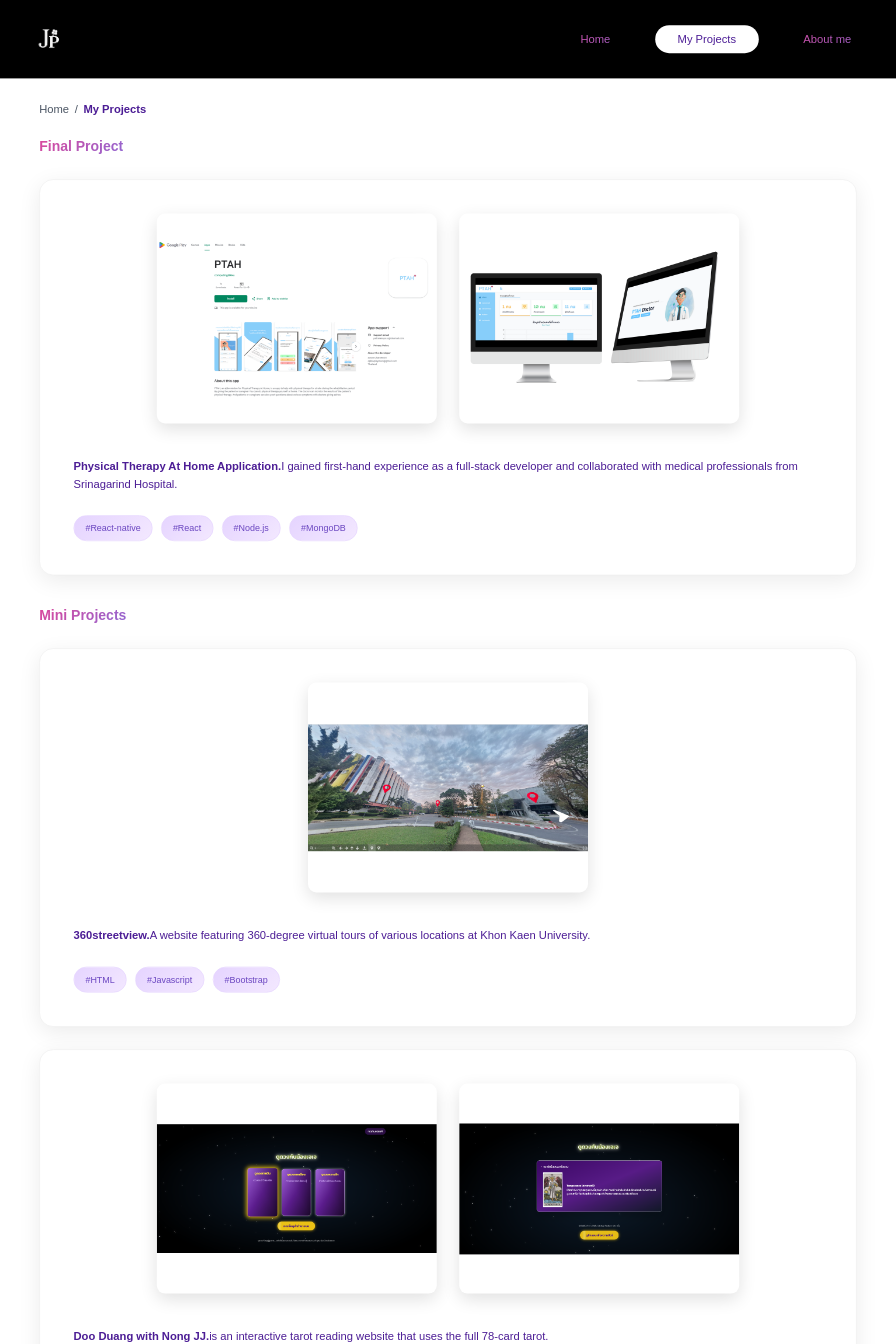
Repository: PattarasayaJJ/Portfolio-jjpatts
Page: /works
The author's editor kept a copy of each file at every save. The page is drawn from the files as they stood at one save, then again after a run of saves.
The browser window is 1280 px wide. The pictures show the part of the page from y = 0 to 1920 px (the page is 4665 px tall), at 70% of full size.
The project was rebuilt for these pictures with package versions that can differ from the ones it lists, and the page was loaded fresh each time. Also part of the build but not shown: vite.config.js, vite.config.ts, src/header.css, src/hero.css, src/components/Hero.jsx, src/components/Aboutme.jsx.

Above is the page before, as saved 2025-08-03 23:00:37.

### index.html
<!doctype html>
<html lang="en">
  <head>
    <meta charset="UTF-8" />
    <link rel="icon" type="image/svg+xml" href="/JPtab.png" />
    <meta name="viewport" content="width=device-width, initial-scale=1.0" />
    <title>JJPatts Portfolio</title>
  </head>
  <body>
    <div id="root"></div>
    <script type="module" src="/src/index.jsx"></script>
  </body>
</html>

### src/index.css
@import 'tailwindcss/base';
@import 'tailwindcss/components';
@import 'tailwindcss/utilities';
@import url('https://fonts.googleapis.com/css2?family=Kanit:wght@400;700&display=swap');

*{
   font-family: 'Kanit', sans-serif;

}

### src/App.jsx
import React from 'react';
import { BrowserRouter as Router, Routes, Route } from 'react-router-dom';
import { Header } from './components/Header';
import { Hero } from './components/Hero';
import { Works } from './components/Works';
import { Aboutme } from './components/Aboutme' ;
import { Footer } from './components/Footer';
export function App() {
  return (
    <Router>
      <div className="w-full min-h-screen bg-white">
        <Header />
        <main className="w-full">
          <Routes>
            <Route path="/" element={<><Hero /> </>} />
            <Route path="/works" element={<><Works /></>}/>
            <Route path="/aboutme" element={<Aboutme />} />


          </Routes>
        </main>
        <Footer />

      </div>
    </Router>
  );
}

### src/components/Header.jsx
import React, { useState } from 'react';
import { Link, useLocation } from 'react-router-dom';
import { MenuIcon, XIcon } from 'lucide-react';
import '../header.css';

export function Header() {
  const [isMenuOpen, setIsMenuOpen] = useState(false);
  const location = useLocation();

  const isActive = (path) => location.pathname === path;

  return (
    <header className="w-full bg-black py-4 px-8 relative">
      <div className="max-w-7xl mx-auto flex justify-between items-center">
        <Link to="/">
          <div className="flex items-center">
            <img src="/JP.png" alt="logo" className="w-20" />
          </div>
        </Link>

        <nav className="hidden md:flex space-x-8">
          <Link
            to="/"
            className={`font-medium px-8 py-2 rounded-full ${
              isActive('/') ? 'bg-white text-purple-600' : 'gradient-text'
            }`}
            style={isActive('/') ? { color: '#4c1d95' } : {}}
          >
            Home
          </Link>
          <Link
            to="/works"
            className={`font-medium px-8 py-2 rounded-full ${
              isActive('/works') ? 'bg-white text-purple-600' : 'gradient-text'
            }`}
            style={isActive('/works') ? { color: '#4c1d95' } : {}}
          >
            My Projects
          </Link>
          <Link
            to="/aboutme"
            className={`font-medium px-8 py-2 rounded-full ${
              isActive('/aboutme') ? 'bg-white text-purple-600' : 'gradient-text'
            }`}
            style={isActive('/aboutme') ? { color: '#4c1d95' } : {}}
          >
            About me
          </Link>
        </nav>

        <button className="md:hidden text-white" onClick={() => setIsMenuOpen(!isMenuOpen)}>
          {isMenuOpen ? <XIcon size={24} /> : <MenuIcon size={24} />}
        </button>
      </div>

      <div
        className={`
          fixed top-0 right-0 w-64 h-full bg-black z-50 transform transition-transform duration-300 ease-in-out
          ${isMenuOpen ? 'translate-x-0' : 'translate-x-full'}
          md:hidden
        `}
      >
        <div className="p-6">
          <button className="text-white mb-8" onClick={() => setIsMenuOpen(false)}>
            <XIcon size={24} />
          </button>
          <nav className="flex flex-col space-y-6">
            <Link
              to="/"
              className={`font-medium px-6 py-2 rounded-full block text-center ${
                isActive('/') ? 'bg-white text-purple-600' : 'gradient-text'
              }`}
              style={isActive('/') ? { color: '#4c1d95' } : {}}
              onClick={() => setIsMenuOpen(false)}
            >
              Home
            </Link>
            <Link
              to="/works"
              className={`font-medium px-6 py-2 rounded-full block text-center ${
                isActive('/works') ? 'bg-white text-purple-600' : 'gradient-text'
              }`}
              style={isActive('/works') ? { color: '#4c1d95' } : {}}
              onClick={() => setIsMenuOpen(false)}
            >
              My Projects
            </Link>
            <Link
              to="/aboutme"
              className={`font-medium px-6 py-2 rounded-full block text-center ${
                isActive('/aboutme') ? 'bg-white text-purple-600' : 'gradient-text'
              }`}
              style={isActive('/aboutme') ? { color: '#4c1d95' } : {}}
              onClick={() => setIsMenuOpen(false)}
            >
              About me
            </Link>
          </nav>
        </div>
      </div>

      {isMenuOpen && (
        <div
          className="fixed inset-0 bg-black bg-opacity-50 z-40 md:hidden"
          onClick={() => setIsMenuOpen(false)}
        />
      )}
    </header>
  );
}

### src/components/Works.jsx
import '../work.css';

export function Works() {
  const Ptahskills = [
    { name: '#React-native', type: 'tool' },
    { name: '#React', type: 'tool' },
    { name: '#Node.js', type: 'tool' },
    { name: '#MongoDB', type: 'tool' },
  ];

  const stv = [
    { name: '#HTML', type: 'tool' },
    { name: '#Javascript', type: 'tool' },
    { name: '#Bootstrap', type: 'tool' },
  ];

  const tarot = [
    { name: '#React', type: 'tool' },
    { name: '#Tailwind', type: 'tool' },
  ];

  const kkuBusSkills = [
    { name: '#Figma', type: 'tool' },
  ];

  const ClassSkills = [
    { name: '#AdobeXD', type: 'tool' },
  ];

  const BakeySkills = [
    { name: '#Figma', type: 'tool' },
  ];

  const NineSkills = [
    { name: '#Power BI', type: 'tool' },
  ];

  return (
    <section className="projects-section">
      <nav className="breadcrumb">
        <a href="/" className="breadcrumb-link">
          Home
        </a>
        <span className="breadcrumb-separator">/</span>
        <span className="breadcrumb-current">My Projects</span>
      </nav>

      <div className="projects-container">
       <div className="final-project-text">
  <div className="project-title-container">
    <div className="project-title-text">Final Project</div>
  </div>
</div>

        <div className="project-card">
          <div className="project-images">
            <img
              src="/Ptah.png"
              alt="PTAH Mobile App"
              className="project-image"
            />
            <img
              src="/ptahdoctor.png"
              alt="PTAH Desktop App"
              className="project-image"
            />
          </div>

          <div className="project-content">
            <p className="project-name">
              <span className="highlight">Physical Therapy At Home Application.</span>
              I gained first-hand experience as a full-stack developer and collaborated with medical professionals from Srinagarind Hospital.
            </p>

            <div className="skills-list">
              {Ptahskills.map((skill, index) => (
                <span className="skill-tag" key={index}>
                  {skill.name}
                </span>
              ))}
            </div>
          </div>
        </div>

        <div className="final-project-text">
           <div className="project-title-container">
    <div className="project-title-text">Mini Projects</div>
  </div>
</div>

        {/* 360streetview Project */}
        <div className="project-card">
          <div className="project-images single">
            <img
              src="/360.png"
              alt="360streetview"
              className="project-image"
            />
          </div>

          <div className="project-content">
            <p className="project-name">
              <span className="highlight">360streetview.</span>
              A website featuring 360-degree virtual tours of various locations at Khon Kaen University.
            </p>

            <div className="skills-list">
              {stv.map((skill, index) => (
                <span className="skill-tag" key={index}>
                  {skill.name}
                </span>
              ))}
            </div>
          </div>
        </div>

        {/* Tarot Project */}
        <div className="project-card">
          <div className="project-images single">
            <img
              src="/tarot.png"
              alt="Tarot Reading"
              className="project-image"
            />
             <img
              src="/tarot2.png"
              alt="Tarot Reading"
              className="project-image"
            />
          </div>

          <div className="project-content">
            <p className="project-name">
              <span className="highlight">Doo Duang with Nong JJ.</span>
              is an interactive tarot reading website that uses the full 78-card tarot.
            </p>

            <div className="skills-list">
              {tarot.map((skill, index) => (
                <span className="skill-tag" key={index}>
                  {skill.name}
                </span>
              ))}
            </div>
          </div>
        </div>

        {/* KKU Bus Project */}
        <div className="project-card">
          <div className="project-images">
            <img
              src="/KKUbus.png"
              alt="KKU Bus App"
              className="project-image"
            />
            <img
              src="/storykkubus.jpeg"
              alt="KKU Bus Story"
              className="project-image"
            />
          </div>

          <div className="project-content">
            <p className="project-name">
              <span className="highlight">KKU Shuttle Bus.</span>
              This was my first mini project, starting with user research and continuing through to design, following various principles and guidelines. The main focus was to ensure that users could use the product without a steep learning curve. In this project, I conducted A/B testing, usability testing, and applied other UX/UI principles as well.
            </p>

            <div className="skills-list">
              {kkuBusSkills.map((skill, index) => (
                <span className="skill-tag" key={index}>
                  {skill.name}
                </span>
              ))}
            </div>
          </div>
        </div>

        {/* Class Cafe Project */}
        <div className="project-card">
          <div className="project-images single">
            <img
              src="/classfull.png"
              alt="Class Cafe"
              className="project-image"
            />
          </div>

          <div className="project-content">
            <p className="project-name">
              <span className="highlight">Class Cafe.</span>
              This project had a clear business objective: How can we increase this store's sales? I started by gathering customer insights and business metrics, then brainstormed revenue‑driving features before moving on to the design phase.
            </p>

            <div className="skills-list">
              {ClassSkills.map((skill, index) => (
                <span className="skill-tag" key={index}>
                  {skill.name}
                </span>
              ))}
            </div>
          </div>
        </div>

        {/* Bakery Shop Project */}
        <div className="project-card">
          <div className="project-images single">
            <img
              src="/bakery.png"
              alt="Bakery Shop"
              className="project-image"
            />
          </div>

          <div className="project-content">
            <p className="project-name">
              <span className="highlight">Bakery Shop.</span>
              The Bakey Shop application was created as a teaching tool for first-year students, with the purpose of introducing and providing practice in using Figma.
            </p>

            <div className="skills-list">
              {BakeySkills.map((skill, index) => (
                <span className="skill-tag" key={index}>
                  {skill.name}
                </span>
              ))}
            </div>
          </div>
        </div>

        {/* 9Diamond Project */}
        <div className="project-card">
          <div className="project-images single">
            <img
              src="/9Diamond.png"
              alt="9Diamond"
              className="project-image"
            />
          </div>

          <div className="project-content">
            <p className="project-name">
              <span className="highlight">9Diamond.</span>
              I reached out to the store to get its sales data, which we analyzed to come up with a suitable promotion.
            </p>

            <div className="skills-list">
              {NineSkills.map((skill, index) => (
                <span className="skill-tag" key={index}>
                  {skill.name}
                </span>
              ))}
            </div>
          </div>
        </div>
      </div>
    </section>
  );
}

### src/components/Footer.jsx
import React from 'react';

export function Footer() {
  return (
    <footer className="w-full bg-black text-white py-8 px-8">
  <div className="max-w-7xl mx-auto flex flex-col md:flex-row justify-between items-center space-y-6 md:space-y-0">

        <div className="text-center md:text-left gradient-text ">
          <h2 className="text-lg font-semibold">Contact Me</h2>
          <p className="text-sm mt-2">Email: jj.pattarasaya@gmail.com</p>
          <p className="text-sm">Phone: 099-209-5588</p>
          <p className="text-sm">Khon Kaen 40000, Thailand</p>

        </div>

        <div className="flex space-x-4 ">
        <a href="https://github.com/PattarasayaJJ" target="_blank" rel="noopener noreferrer">
        <img src="https://github.githubassets.com/favicons/favicon.png" alt="GitHub" />

  </a>

        </div>
      </div>

      <div className="text-center text-xs text-gray-400 mt-6 ">
        © {new Date().getFullYear()} JJPatts. All rights reserved.
      </div>
    </footer>
  );
}

### src/work.css
.projects-section {
  width: 100%;
  max-width: 1200px;
  margin: 0 auto;
  padding: 2rem 1rem;
  background-color: #ffffff;
}

.projects-container {
  max-width: 80rem;
  margin: 0 auto;
  display: flex;
  flex-direction: column;
  gap: 2rem;
}

.breadcrumb {
  margin-bottom: 2rem;
  font-size: 0.9rem;
  color: #666;
}

.breadcrumb-link {
  color: #666;
  text-decoration: none;
}

.breadcrumb-link:hover {
  color: #333;
}

.breadcrumb-separator {
  margin: 0 0.5rem;
}

.breadcrumb-current {
  color: #333;
  font-weight: 500;
}

.project-title-text {
  margin-top: 10px;
  background: linear-gradient(135deg, #DD489B, #9067D3);
  -webkit-background-clip: text;
  -webkit-text-fill-color: transparent;
  background-clip: text;
  display: inline-block;
  font-size: 1.25rem;
  font-weight: bold;
}

/* Project Card */
.project-card {
  background: #ffffff;
  border-radius: 20px;
  padding: 3rem;
  box-shadow: 0 8px 32px rgba(0, 0, 0, 0.08);
  border: 1px solid #f0f0f0;
  display: flex;
  flex-direction: column;
  gap: 2rem;
}

/* Project Images */
.project-images {
  display: flex;
  justify-content: center;
  gap: 2rem;
  margin-bottom: 1rem;
}

.project-images.single {
  justify-content: center;
}

/* Updated: Uniform image sizing */
.project-image {
  width: 400px;
  height: 300px;
  object-fit: contain;
  border-radius: 12px;
  box-shadow: 0 8px 24px rgba(0, 0, 0, 0.12);
  transition: transform 0.3s ease, box-shadow 0.3s ease;
}

.project-image:hover {
  transform: translateY(-4px);
  box-shadow: 0 12px 32px rgba(0, 0, 0, 0.16);
}

/* Project Content */
.project-content {
  display: flex;
  flex-direction: column;
  gap: 1rem;
}

.project-name {
  font-size: 1rem;
  line-height: 1.6;
  color: #4c1d95;
  margin: 0;
  text-align: left;
  width: 100%;
}

.highlight {
  font-weight: 700;
  color: #4c1d95;
}

/* Skills List */
.skills-list {
  display: flex;
  flex-wrap: wrap;
  gap: 0.75rem;
  margin-top: 1rem;
}

.skill-tag {
  background: linear-gradient(135deg, #e5d4ff, #f3e8ff);
  color: #6b46c1;
  padding: 0.5rem 1rem;
  border-radius: 20px;
  font-size: 0.875rem;
  font-weight: 500;
  border: 1px solid #e5d4ff;
  transition: all 0.3s ease;
}

.skill-tag:hover {
  background: linear-gradient(135deg, #ddd6fe, #e5d4ff);
  transform: translateY(-2px);
  box-shadow: 0 4px 12px rgba(107, 70, 193, 0.2);
}

/* Responsive Design */
@media (max-width: 1024px) {
  .project-images {
    gap: 1.5rem;
  }

  .project-image {
    width: 350px;
    height: 250px;
    object-fit: contain;
  }
}

@media (max-width: 768px) {
  .projects-section {
    padding: 1.5rem 1rem;
  }

  .project-card {
    padding: 2rem 1.5rem;
  }

  .project-images {
    flex-direction: column;
    align-items: center;
    gap: 1.5rem;
  }

  .project-image {
    width: 100%;
    max-width: 400px;
    height: 250px;
    object-fit: contain;
  }

  .project-title {
    font-size: 1.5rem;
  }

  .project-name {
    font-size: 1.1rem;
    text-align: left;
  }

  .skills-list {
    justify-content: flex-start;
  }
}

@media (max-width: 480px) {
  .project-card {
    padding: 1.5rem 1rem;
  }

  .project-name {
    font-size: 1rem;
  }

  .skill-tag {
    font-size: 0.75rem;
    padding: 0.4rem 0.8rem;
  }

  .project-image {
    width: 100%;
    max-width: 350px;
    height: 200px;
    object-fit: contain;
  }
}

### src/aboutme.css
.about-container {
  max-width: 1200px;
  margin: 0 auto;
  padding: 2rem 1rem;
  background-color: #ffffff;
}

.breadcrumb {
  margin-bottom: 1rem;
  font-size: 1rem;
  color: #4B5563;
  display: flex;
  align-items: center;
}

.breadcrumb-link {
  color: #4B5563;
  text-decoration: none;
}

.breadcrumb-link:hover {
  text-decoration: underline;
}


.breadcrumb-separator {
  margin: 0 0.5rem;
}

.breadcrumb-current {
  font-weight: bold;
  color: #4c1d95;
}

.about-content {
  display: grid;
  grid-template-columns: 1fr 2fr;
  gap: 3rem;
  align-items: start;
}

.profile-section {
  display: flex;
  flex-direction: column;
  gap: 2rem;
}

.profile-card {
  background: #ffffff;
  border-radius: 20px;
  padding: 1rem;
  box-shadow: 0 8px 32px rgba(0, 0, 0, 0.08);
  border: 1px solid #f0f0f0;
  text-align: center;
}

.avatar-container {
  display: flex;
  flex-direction: column;
  align-items: center;
}

.avatar-wrapper {
  width: 200px;
  height: 200px;
  transition: transform 0.3s ease;
}

.avatar-wrapper:hover {
  transform: scale(1.05);
}

.avatar-img {
  width: 100%;
  height: 100%;
  object-fit: contain;
}

.profile-name {
  font-size: 1.5rem;
  color: #4c1d95;
  margin: 0;
}

.profile-title {
  font-size: 1rem;
  color: #6b46c1;
  margin: 0;
}

.email {
  font-size: 1rem;
  color: #6b7280;
  margin-bottom: 10px;
}

.social-icons {
  display: flex;
  justify-content: center;
  gap: 1rem;
}

.social-link {
  display: flex;
  align-items: center;
  justify-content: center;
  width: 40px;
  height: 40px;
  box-shadow: 0 8px 32px rgba(0, 0, 0, 0.08);
  border-radius: 50%;
  transition: all 0.3s ease;
}

.social-link:hover {
  transform: translateY(-2px);
  box-shadow: 0 4px 12px rgba(107, 70, 193, 0.3);
}

.social-icons img {
  width: 20px;
  height: 20px;
}

.education-card {
  background: #ffffff;
  border-radius: 20px;
  padding: 2rem;
  box-shadow: 0 8px 32px rgba(0, 0, 0, 0.08);
  border: 1px solid #f0f0f0;
}

.education-content {
  margin-top: 1rem;
}

.degree {
  font-size: 1rem;
  color: #4c1d95;
  margin: 0 0 0.5rem 0;
}

.university {
  font-size: 1rem;
  color: #4c1d95;
  margin: 0 0 0.25rem 0;
}

.graduation {
  font-size: 0.9rem;
  color: #6b7280;
  margin: 0;
}

.skills-section {
  display: flex;
  flex-direction: column;
}

.skills-grid {
  display: grid;
  grid-template-columns: 1fr;
  gap: 2rem;
}

.skill-category {
  background: #ffffff;
  border-radius: 20px;
  padding: 2rem;
  box-shadow: 0 8px 32px rgba(0, 0, 0, 0.08);
  border: 1px solid #f0f0f0;
  border-left: 5px solid #ffdff3;
}

.section-title,
.category-title {
  font-size: 1rem;
  margin: 0 0 1.5rem 0;
  display: flex;
  align-items: center;
}

.gradient-text {
  background: linear-gradient(135deg, #DD489B, #9067D3);
  -webkit-background-clip: text;
  -webkit-text-fill-color: transparent;
  background-clip: text;
}

.skills-list {
  display: flex;
  flex-wrap: wrap;
  gap: 0.75rem;
}

.skill-tag {
  background: linear-gradient(135deg, #e5d4ff, #f3e8ff);
  color: #6b46c1;
  padding: 0.5rem 1rem;
  border-radius: 20px;
  font-size: 0.8rem;
  border: 1px solid #e5d4ff;
  transition: all 0.3s ease;
  cursor: default;
}

.skill-tag:hover {
  background: linear-gradient(135deg, #ddd6fe, #e5d4ff);
  transform: translateY(-2px);
  box-shadow: 0 4px 12px rgba(107, 70, 193, 0.2);
}

@media (max-width: 1024px) {
  .about-content {
    grid-template-columns: 1fr;
    gap: 2rem;
  }

  .skills-grid {
    grid-template-columns: repeat(2, 1fr);
  }
}

@media (max-width: 768px) {
  .about-container {
    padding: 1.5rem 1rem;
  }

  .about-content {
    gap: 1.5rem;
  }

  .skills-grid {
    grid-template-columns: 1fr;
    gap: 1.5rem;
  }

  .profile-card,
  .education-card,
  .skill-category {
    padding: 1.5rem;
  }

  .avatar-wrapper {
    width: 150px;
    height: 150px;
  }

  .profile-name {
    font-size: 1.25rem;
  }

  .profile-title {
    font-size: 0.9rem;
  }

  .section-title,
  .category-title {
    font-size: 1.1rem;
  }

  .skill-tag {
    font-size: 0.8rem;
    padding: 0.4rem 0.8rem;
  }
}

@media (max-width: 480px) {

  .profile-card,
  .education-card,
  .skill-category {
    padding: 1.25rem;
  }

  .avatar-wrapper {
    width: 120px;
    height: 120px;
  }

  .profile-name {
    font-size: 1rem;
  }

  .skills-list {
    gap: 0.5rem;
  }

  .skill-tag {
    font-size: 0.75rem;
    padding: 0.35rem 0.7rem;
  }
}

Loaded but not shown: src/index.jsx (common file); tailwind.config.js (common file)

After the next 2 saves:
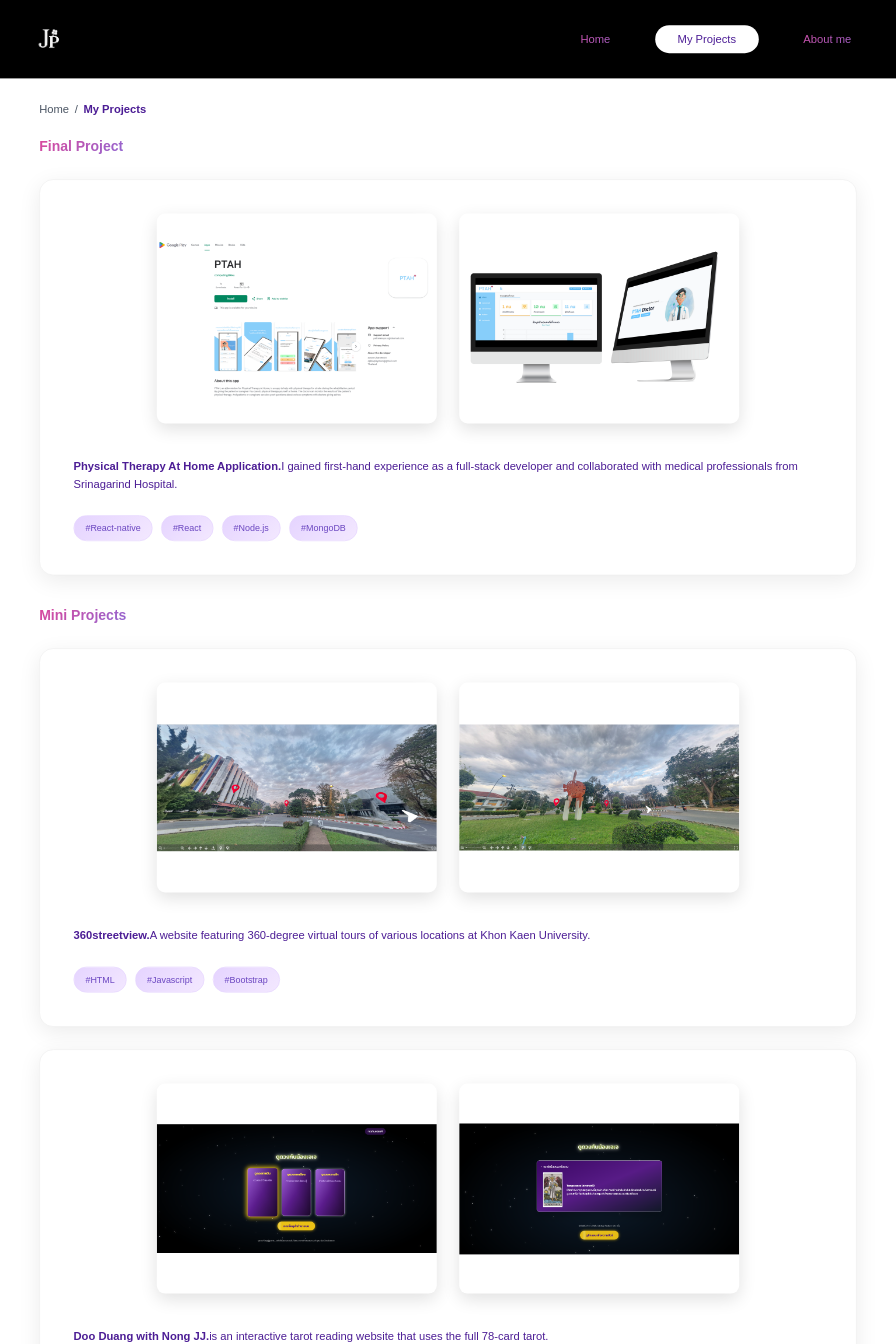
The 2 saves are shown as one change because they came seconds apart.
The last was saved 90 s later.
--- a/src/components/Works.jsx
+++ b/src/components/Works.jsx
@@ -96,6 +96,11 @@ export function Works() {
               alt="360streetview"
               className="project-image"
             />
+              <img
+              src="/tour.png"
+              alt="360streetview"
+              className="project-image"
+            />
           </div>
 
           <div className="project-content">
